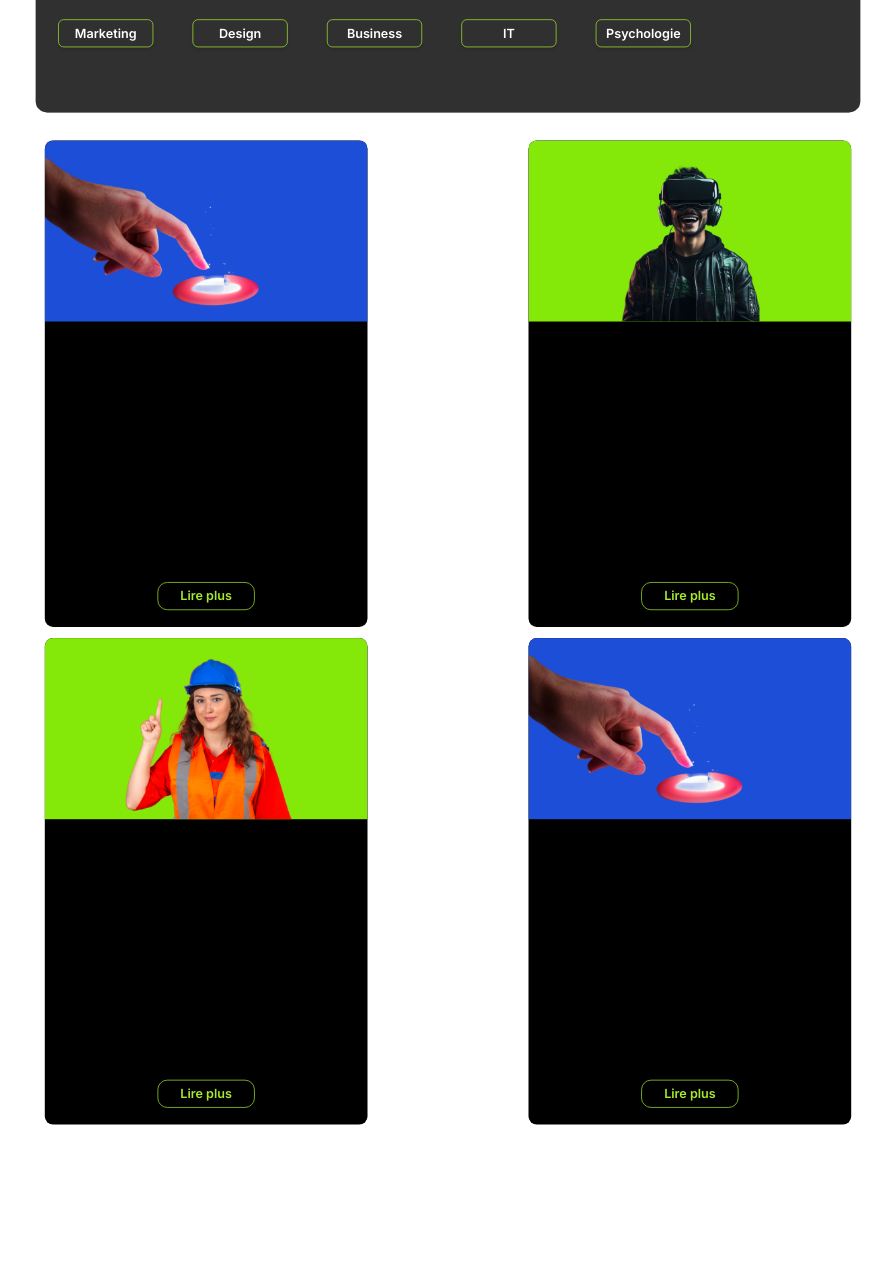
Repository: NassimeElkamari/test
Page: /blogs
An editor plug-in stored every save of this project. The page is shown before and after the next save, followed by the edit.
The browser window is 1280 px wide. The pictures show the part of the page from y = 492 to 2412 px (the page is 2298 px tall before and 2414 px after), at 70% of full size.
Pictures or frames that could not be fetched are drawn as grey boxes. The project was rebuilt for these pictures with package versions that can differ from the ones it lists, and the page was loaded fresh each time. The framework's server and built-in components were replaced by stand-ins that run in the browser. Also part of the build but not shown: next.config.mjs.

Above is the page before, as saved 2024-06-12 15:53:21.

### src/app/blogs/page.tsx
import Image from 'next/image';
import React from 'react';
import { MdDateRange } from "react-icons/md";
import BlogCard from '../../components/BlogCard';
import { cardData } from '../../data/cardData';


const Blog = () => {
  return (
    <div className='bg-white'>
      <div className='flex justify-center'>
        <h1 className="text-4xl font-bold text-center">Blog</h1>
      </div>
      <div className="relative w-[92vw] h-[85vh] mx-auto  overflow-hidden bg-black  pt-5 pl-8 flex flex-col justify-start rounded-2xl">
        <Image
          src="/bgImage.jpg"
          layout="fill"
          objectFit="cover"
          objectPosition="top"
          quality={100}
          alt="Background Image"
          className="opacity-30 bg-black"
        />
        <div className="absolute inset-0 flex flex-col justify-center text-white mt-[6%] p-4 pl-8">
          <h1 className="text-[52px] font-semibold mb-4">
          Ouvrez les portes de la connaissance <br /> avec nos Blogs stimulants
          </h1>
          <p className="text-[17px] mb-8">
          Découvrez les dernières actualités de 2peerfect dans une multitude de domaines passionnants. <br />Plongez-vous dans nos articles pour rester à jour sur les tendances les plus récentes en technologie, <br /> santé mentale, Design, Business, et bien plus encore. Avec une expertise diversifiée et des perspectives variées,<br /> 2peerfect vous offre un aperçu complet et captivant des développements les plus récents à travers différents secteurs.<br /> Ne manquez rien de ce qui se passe dans le monde, suivez 2peerfect pour rester informé et inspiré.
          </p>
          <div className="flex flex-wrap justify-between space-x-4 w-[80%]">
            <div className="bg-transparent rounded-lg shadow-md w-[15%] h-10 mb-4 border border-[#A7E92F] flex items-center justify-center">
              <h2 className="text-lg font-semibold text-center">Marketing</h2>
            </div>
            <div className="bg-transparent rounded-lg shadow-md w-[15%] h-10 mb-4 border border-[#A7E92F] flex items-center justify-center">
              <h2 className="text-lg font-semibold text-center">Design</h2>
            </div>
            <div className="bg-transparent rounded-lg shadow-md w-[15%] h-10 mb-4 border border-[#A7E92F] flex items-center justify-center">
              <h2 className="text-lg font-semibold text-center">Business</h2>
            </div>
            <div className="bg-transparent rounded-lg shadow-md w-[15%] h-10 mb-4 border border-[#A7E92F] flex items-center justify-center">
              <h2 className="text-lg font-semibold text-center">IT</h2>
            </div>
            <div className="bg-transparent rounded-lg shadow-md w-[15%] text-center h-10 mb-4 border border-[#A7E92F] flex items-center justify-center">
              <h2 className="text-lg font-semibold">Psychologie</h2>
            </div>


            {/* Add more cards as needed */}
          </div>
        </div>
      </div>
      <div className='second-section w-[90vw] mx-auto mt-10 flex justify-center'>
  <div className="flex flex-wrap gap-4 justify-between ">
  {cardData.map((card) => (
              <BlogCard
                imageSrc={card.imageSrc}
                title={card.title}
                description={card.description}
                date={card.date}
                color={card.background}
              />
          ))}
  </div>
</div>






        <div className='h-[30vh]'>

        </div>

    </div>
  );
};

export default Blog;

### src/components/BlogCard.tsx
import Image from 'next/image'
import React from 'react'
import { MdDateRange } from "react-icons/md";


const BlogCard = ({ imageSrc, title, description, date , color}) => {
  return (
    <div className='w-[40%] h-[50%] bg-black rounded-xl flex flex-col'>
    <div className="w-[100%] h-2/5 relative">
        <Image
        src={imageSrc}
        layout='responsive'
        height={100}
        width={100}
        alt="Card Image"
        className="w-full h-full rounded-t-xl "
        style={{backgroundColor: `${color}`}}
        />
    </div>
    <div className="pt-14 flex justify-center items-center flex-col px-5">
        <h1 className="text-[32px] font-semibold">{title}</h1>
        <p className="text-md mt-5">{description}</p>
    </div>
    <div className="flex items-center justify-end mt-10 mr-2">
        <MdDateRange width={70} height={70} className='mr-4'/>
        <p className="mr-2">{date}</p>
    </div>
    <div className="flex justify-center mt-8 mb-6"> {/* Added justify-center class */}
        <button className="bg-black rounded-[14px] shadow-md w-[30%] text-center h-10 border border-[#A7E92F] flex items-center justify-center">
        <h2 className="text-lg font-semibold text-[#A7E92F]">Lire plus</h2> {/* Added text-white class */}
        </button>
    </div>
    </div>
  )
}

export default BlogCard

### src/data/cardData.js
export const cardData = [
  {
    id: 1,
    imageSrc: "/card11.png",
    title: "L'impact des médias sociaux sur la santé mental",
    description: "Discuter de la façon dont les likes, les commentaires et les partages peuvent devenir une mesure de notre valeur personnelle, et comment cela peut affecter notre estime de soi et notre bien-être émotionnel...",
    date: "11 Décembre 2023",
    background: '#1D4ED8' // Background color for the first card
  },
  {
    id: 2,
    imageSrc: "/card22.png",
    title: "22222L'impact des médias sociaux sur la santé mental",
    description: "Discuter de la façon dont les likes, les commentaires et les partages peuvent devenir une mesure de notre valeur personnelle, et comment cela peut affecter notre estime de soi et notre bien-être émotionnel...",
    date: "11 Décembre 2023",
    background: '#84e809' // Background color for the second card
  },
  {
    id: 3,
    imageSrc: "/card33.png",
    title: "33333L'impact des médias sociaux sur la santé mental",
    description: "Discuter de la façon dont les likes, les commentaires et les partages peuvent devenir une mesure de notre valeur personnelle, et comment cela peut affecter notre estime de soi et notre bien-être émotionnel...",
    date: "11 Décembre 2023",
    background: '#84e809' // Background color for the third card
  },
  {
    id: 4,
    imageSrc: "/card11.png",
    title: "44444 des médias sociaux sur la santé mental",
    description: "Discuter de la façon dont les likes, les commentaires et les partages peuvent devenir une mesure de notre valeur personnelle, et comment cela peut affecter notre estime de soi et notre bien-être émotionnel...",
    date: "11 Décembre 2023",
    background: '#1D4ED8' // Background color for the fourth card
  },
];

Loaded but not shown: src/app/layout.tsx (common file); src/app/globals.css (common file); tailwind.config.ts (common file)

After the next save:
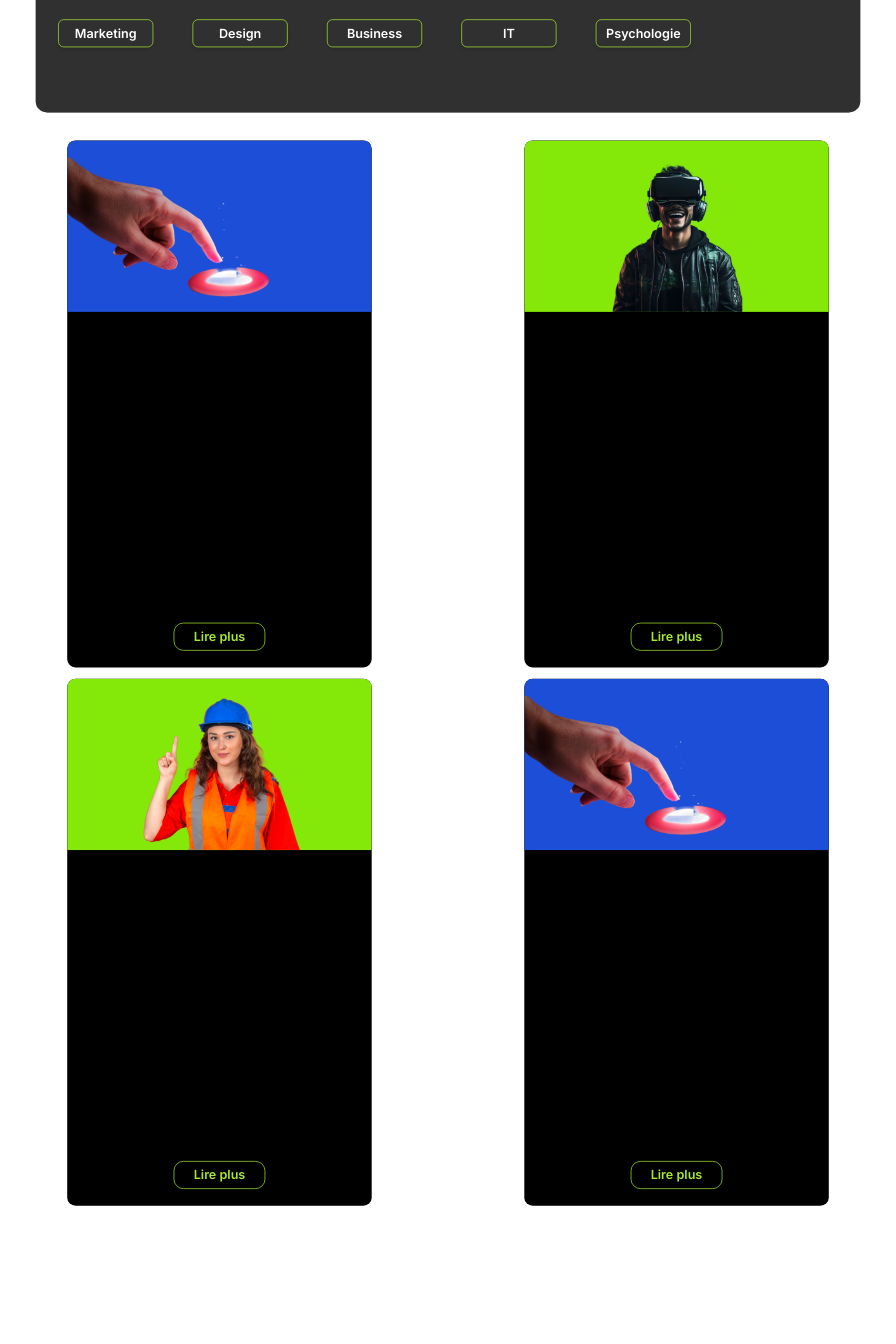
Saved 31 s later.
--- a/src/app/blogs/page.tsx
+++ b/src/app/blogs/page.tsx
@@ -50,7 +50,7 @@ const Blog = () => {
           </div>
         </div>
       </div>
-      <div className='second-section w-[90vw] mx-auto mt-10 flex justify-center'>
+      <div className='second-section w-[85vw] mx-auto mt-10 flex justify-center'>
   <div className="flex flex-wrap gap-4 justify-between ">
   {cardData.map((card) => (
               <BlogCard
